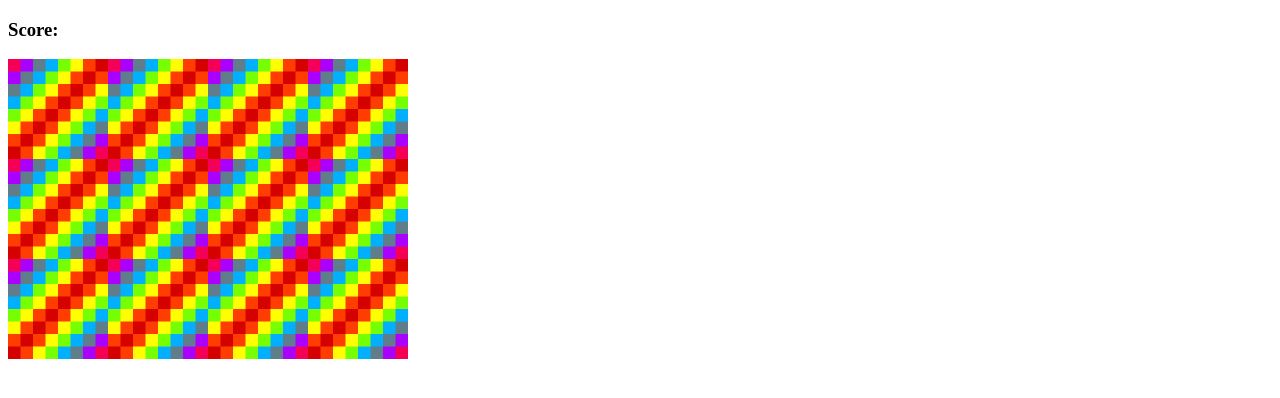
Repository: Zetzher/Memory-Game
Page: index.html
These files come from the project's save history. The page is drawn as it stood at one moment and after a run of saves; the edit follows.
The browser window is 1280 px wide. The pictures show the whole page.

Above is the page before, as saved 2020-04-26 19:13:32.

### index.html
<!DOCTYPE html>
<html lang="en">
<head>
    <meta charset="UTF-8">
    <meta name="viewport" content="width=device-width, initial-scale=1.0">
    <title>Document</title>
    <link href="style.css" rel="stylesheet" type="text/css">
    <script src="./app.js"></script>
</head>
<body>


<h3>Score: <span id="result"> </span></h3>
<div class="grid">
</div>

</body>
</html>

### style.css
.grid {
    display: flex;
    flex-wrap: wrap;
    height: 300px;
    width: 400px;
}

### app.js
document.addEventListener('DOMContentLoaded', () => {

    //card options:

    const cardArrays = [{
            name: "cheeseburguer",
            img: 'images/cheeseburger.png'
        },
        {
            name: "cheeseburguer",
            img: 'images/cheeseburger.png'
        },
        {
            name: "fries",
            img: 'images/fries.png'
        },
        {
            name: "fries",
            img: 'images/fries.png'
        },
        {
            name: "hotdog",
            img: 'images/hotdog.png'
        },
        {
            name: "hotdog",
            img: 'images/hotdog.png'
        },
        {
            name: "ice-cream",
            img: 'images/ice-cream.png'
        },
        {
            name: "ice-cream",
            img: 'images/ice-cream.png'
        },
        {
            name: "milkshake",
            img: 'images/milkshake.png'
        },
        {
            name: "milkshake",
            img: 'images/milkshake.png'
        },
        {
            name: "pizza",
            img: 'images/pizza.png'
        },
        {
            name: "pizza",
            img: 'images/pizza.png'
        },
    ]

    const grid = document.querySelector('.grid');
    let cardsChosen = [];
    let cardsChosenId = [];
    let cardsWon = [];

    //create your board
    function createBoard() {
        for (let i = 0; i < cardArrays.length; i++) {
            let card = document.createElement('img')
            card.setAttribute('src', './images/blank.png')
            card.setAttribute('data-id', i)
            card.addEventListener('click', flipCard)
            grid.appendChild(card)
        }
    }

    //check for matches
    function checkForMatch() {
        let cards = document.querySelectorAll('img');
        const optionOneId = cardsChosenId[0];
        const optionTwoId = cardsChosenId[1];
        if (cardsChosen[0] === cardsChosen[1]) {
            alert('You found a match')
            cards[optionOneId].setAttribute('src', 'images/white.png');
            cards[optionTwoId].setAttribute('src', 'images/white.png');
            cardsWon.push(cardsChosen)
        } else {
            cards[optionOneId].setAttribute('src', 'images/blank.png');
            cards[optionOneId].setAttribute('src', 'images/blank.png');
            alert('Sorry, try again')
        }
    }

    //flip your card
    function flipCard() {
        let cardId = this.getAttribute('data-id');
        cardsChosen.push(cardArray[cardId].name);
        cardsChosenId.push(cardId)
        this.setAttribute('src', cardArray[cardId].img)
        if (cardsChosen - length === 2) {
            setTimeout(checkForMatch, 500)
        }
    }

    //check for matches

    createBoard()


})

After the next 4 saves:
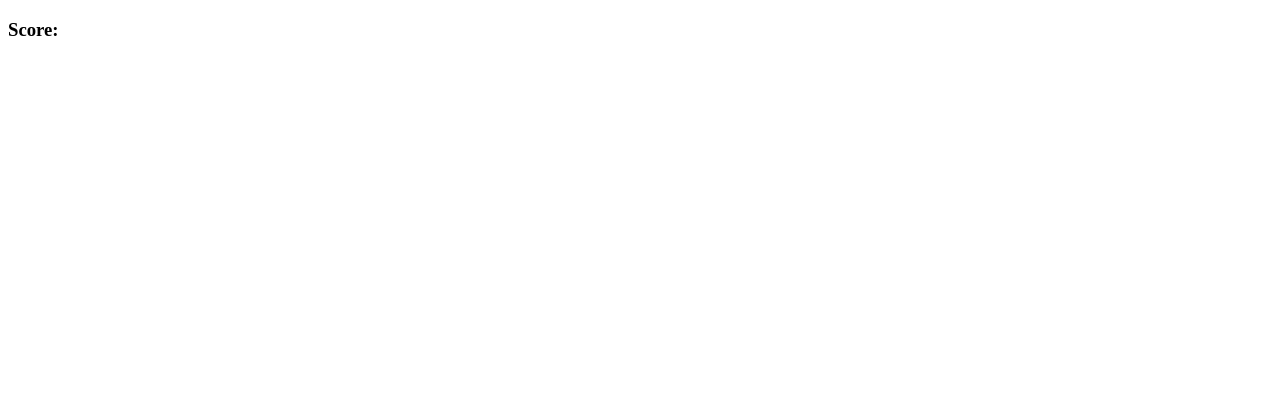
Console error: SyntaxError: Unexpected token ']'
The 4 saves are shown as one change because they came seconds apart.
The last was saved 66 s later.
--- a/app.js
+++ b/app.js
@@ -83,6 +83,8 @@
             cards[optionOneId].setAttribute('src', 'images/blank.png');
             alert('Sorry, try again')
         }
+        cardsChosen = []
+        ]
     }
 
     //flip your card

After the save that followed:
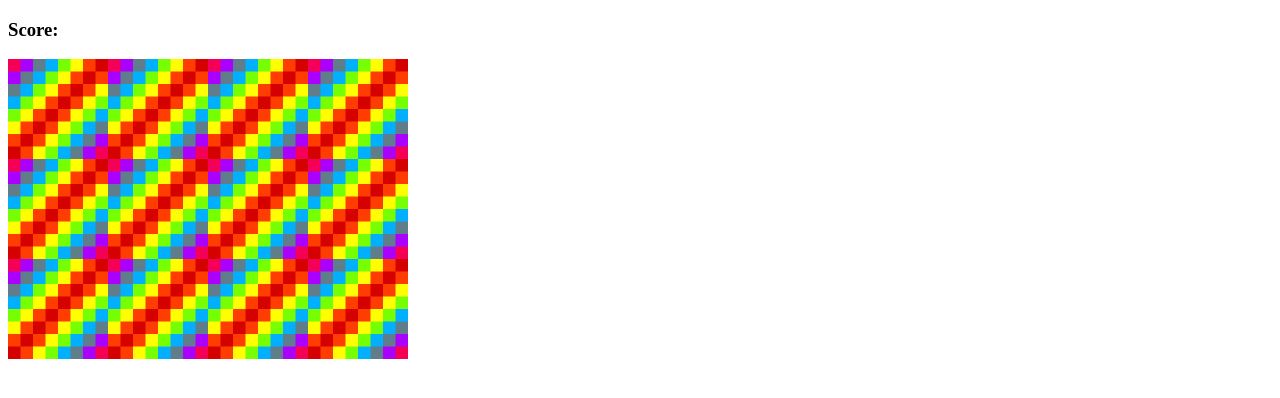
The error is gone.
Saved 4 s later.
--- a/app.js
+++ b/app.js
@@ -84,7 +84,6 @@
             alert('Sorry, try again')
         }
         cardsChosen = []
-        ]
     }
 
     //flip your card
